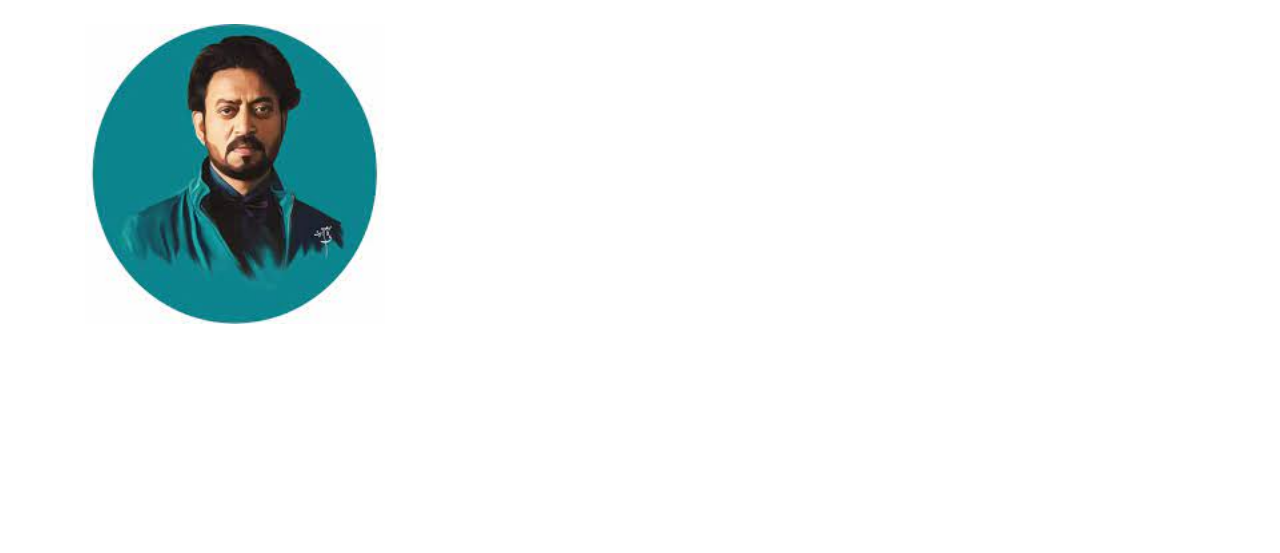
Repository: Mayur2905/OIBSIP
Page: Task-5/index.html
An editor plug-in stored every save of this project. The page is shown before and after the next save, followed by the edit.
The browser window is 1280 px wide. The pictures show the whole page.

Above is the page before, as saved 2022-02-04 13:58:46.

### Task-5/index.html
<!DOCTYPE html>
<html lang="en">
<head>
    <meta charset="UTF-8">
    <meta http-equiv="X-UA-Compatible" content="IE=edge">
    <meta name="viewport" content="width=device-width, initial-scale=1.0">
    <title>TRIBUTE PAGE | IRFAN KHAN</title>
    <link rel="stylesheet" href="style.css">
    <link rel="stylesheet" href="https://maxcdn.bootstrapcdn.com/bootstrap/4.0.0/css/bootstrap.min.css" integrity="sha384-Gn5384xqQ1aoWXA+058RXPxPg6fy4IWvTNh0E263XmFcJlSAwiGgFAW/dAiS6JXm" crossorigin="anonymous">
    <link rel="preconnect" href="https://fonts.googleapis.com">
<link rel="preconnect" href="https://fonts.gstatic.com" crossorigin>
<link href="https://fonts.googleapis.com/css2?family=Poppins&display=swap" rel="stylesheet">
</head>
<body>
    <section id="heading">
        <div class="container">
            <div class="col-md-6.text-center py-4">
                <img src="data:[embedded picture, 8651 characters]" alt="irfan khan" width="300px" height="300px">
            </div>
        </div>
    </section>
</body>
</html>

Loaded but not shown: Task-5/style.css (no stored copy; drawn as an empty file)

After the next save:
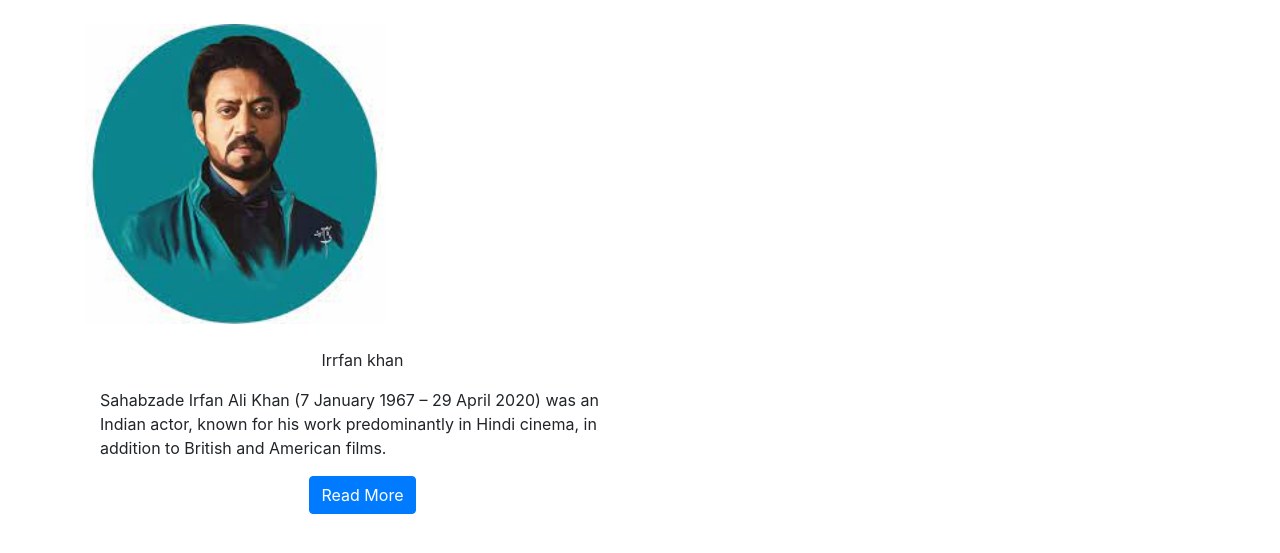
Saved 3 min 10 s later.
--- a/Task-5/index.html
+++ b/Task-5/index.html
@@ -16,6 +16,16 @@
         <div class="container">
             <div class="col-md-6.text-center py-4">
                 <img src="data:[embedded picture, 8651 characters]" alt="irfan khan" width="300px" height="300px">
+
+            </div>
+            <div class="col-md-6">
+                <p class="promo-title text-center">Irrfan khan</p>
+                <p>
+                    Sahabzade Irfan Ali Khan (7 January 1967 – 29 April 2020) was an Indian actor, known for his work predominantly in Hindi cinema, in addition to British and American films.
+                </p>
+                <div class="text-center">
+                    <a href="#more" class="btn btn-primary">Read More</a>
+                </div>
             </div>
         </div>
     </section>
